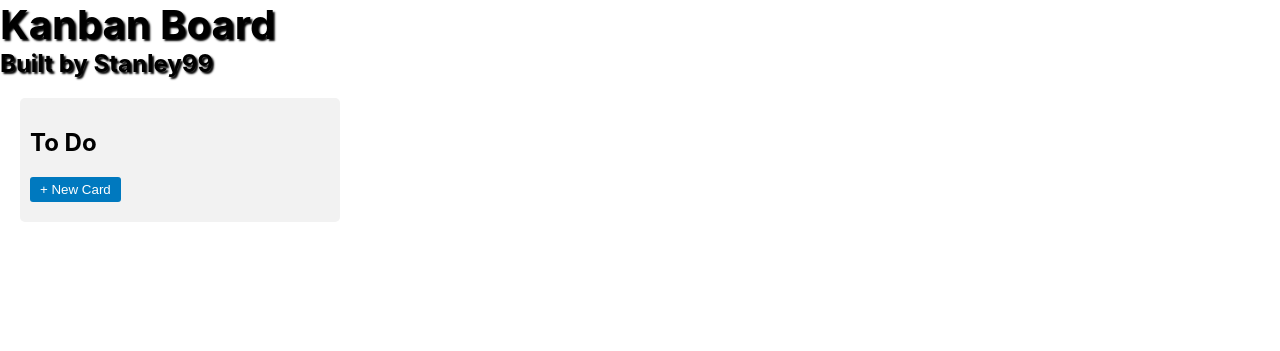
Repository: trapper99/kanban-app
Page: /
These files come from the project's save history. The page is drawn as it stood at one moment and after the next save; the edit follows.
The browser window is 1280 px wide. The pictures show the whole page.
The project was rebuilt for these pictures with package versions that can differ from the ones it lists, and the page was loaded fresh each time.

Above is the page before, as saved 2023-06-12 15:10:54.

After the next save:
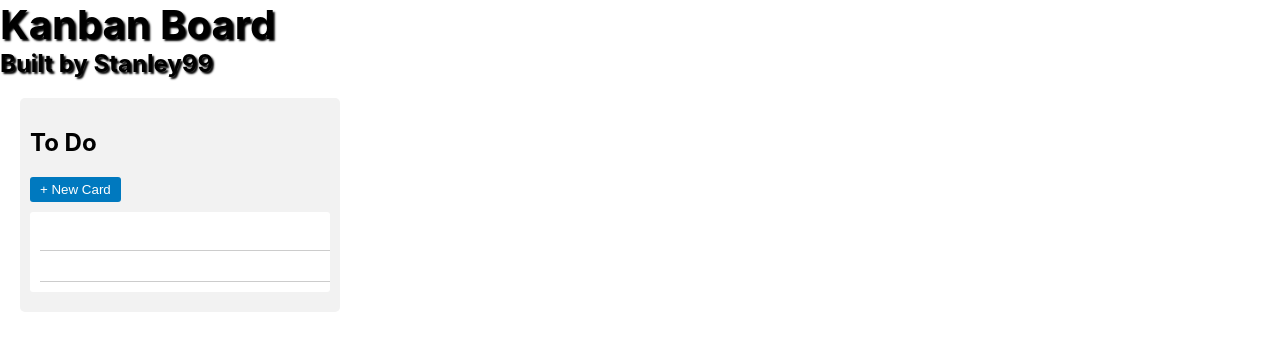
Saved 6 s later.
--- a/src/App.js
+++ b/src/App.js
@@ -61,7 +61,9 @@ function App() {
           id: 1,
           title: 'To Do',
           cards: [
-
+            {
+
+            }
           ]
         }
       ]);
